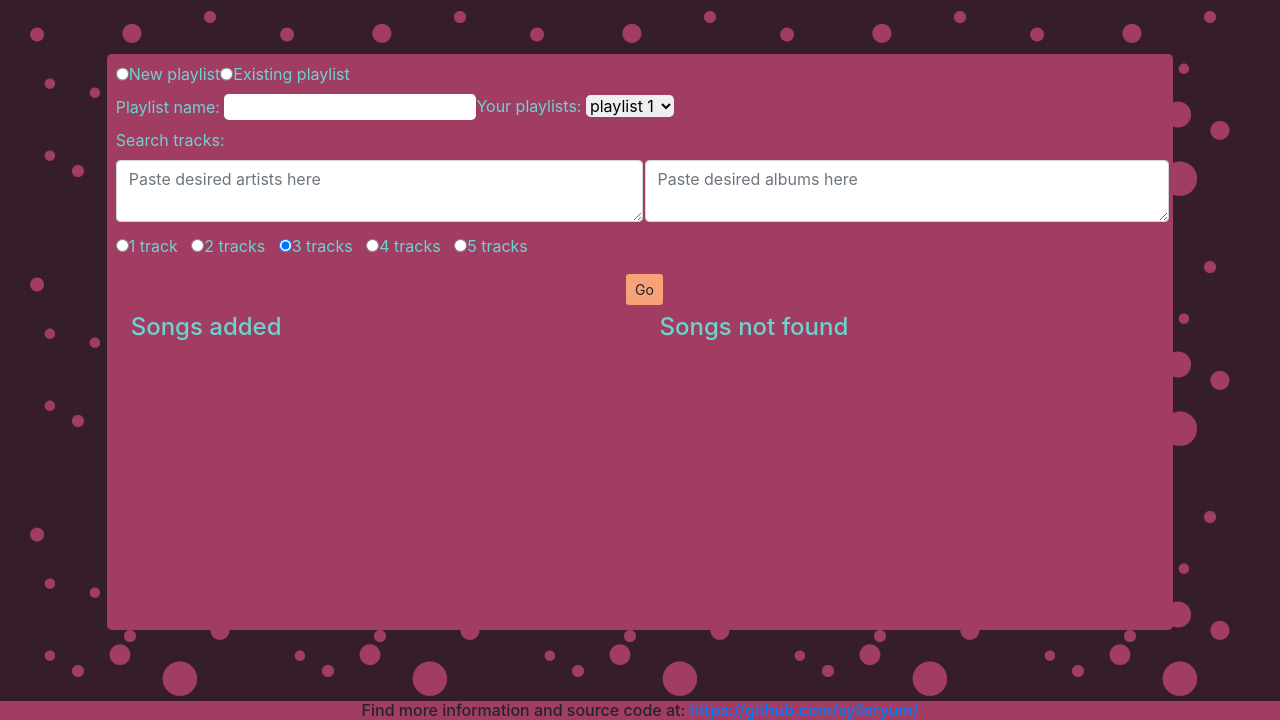
Repository: sylleryum/Frontend
Page: GetTopTracks/index.html
An editor plug-in stored every save of this project. The page is shown before and after a run of saves, followed by the edit.
The browser window is 1280 px wide. The pictures show the whole page.

Above is the page before, as saved 2019-10-13 17:49:13.

After the next 2 saves:
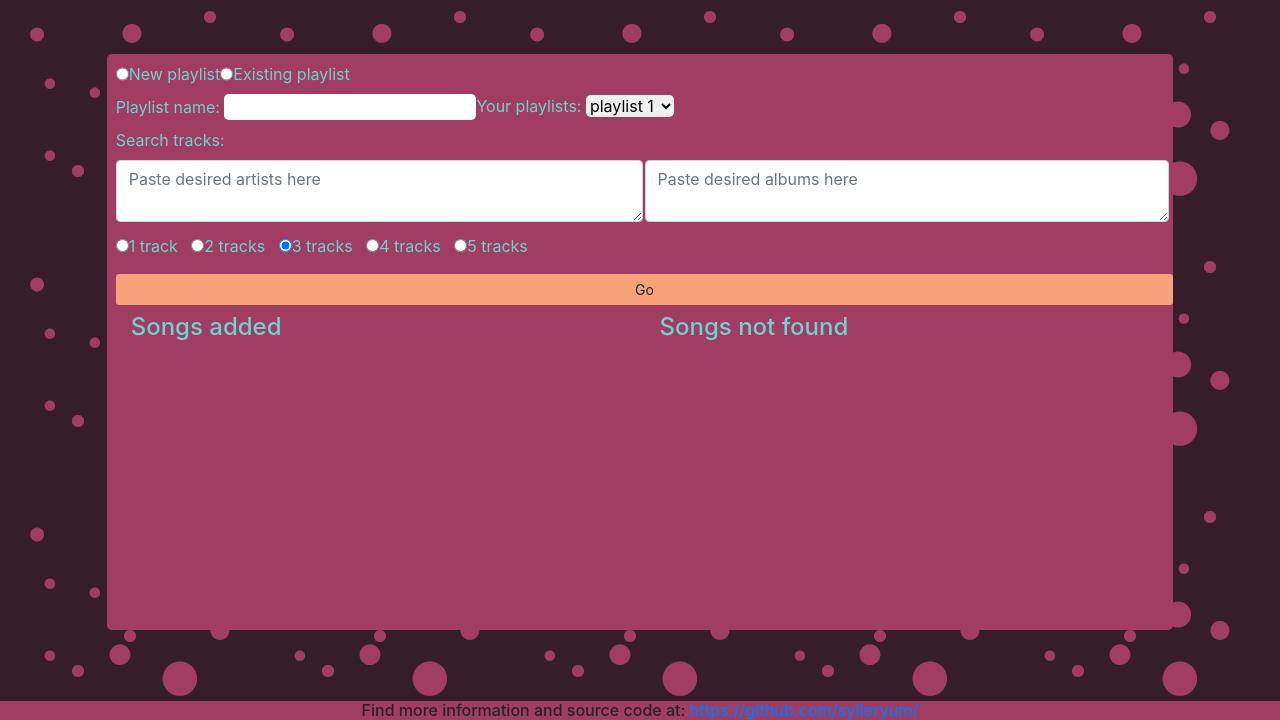
The 2 saves are shown as one change because they came seconds apart.
The last was saved 22 s later.
--- a/GetTopTracks/index.html
+++ b/GetTopTracks/index.html
@@ -68,8 +68,8 @@
                               <label><input type="radio" id="rAmount4" name="playlistRadio" value="rAmount4" onchange="">4 tracks&nbsp;&nbsp;&nbsp;</label>
                               <label><input type="radio" id="rAmount5" name="playlistRadio" value="rAmount4" onchange="">5 tracks&nbsp;&nbsp;&nbsp;</label>
                          </div>
-                         <div class="row main-go pb-2 justify-content-center">
-                              <button type="submit" class="btn bg-3 btn-sm" id="submit-button">
+                         <div class="row main-go pb-2 justify-content-center ">
+                              <button type="submit" class="btn bg-3 btn-sm btn-block" id="submit-button">
                                    Go
                               </button>
                          </div>
